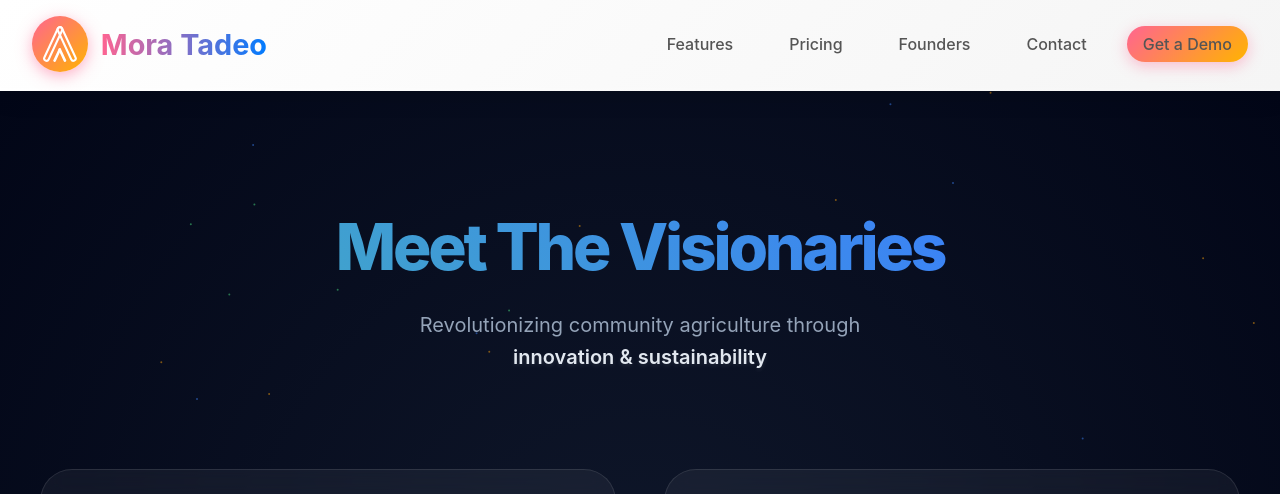
Repository: AbrahamM007/moratadeo
Page: /founders
An editor plug-in stored every save of this project. The page is shown before and after the next save, followed by the edit.
The browser window is 1280 px wide. The pictures show the part of the page from y = 0 to 494 px (the page is 1146 px tall before and 1172 px after).
Pictures or frames that could not be fetched are drawn as grey boxes. The project was rebuilt for these pictures with package versions that can differ from the ones it lists, and the page was loaded fresh each time. Also part of the build but not shown: src/HeroSection.css, src/HeroSection.js, src/InfoSection.css, src/InfoSection.js, src/RoadmapSection.css, src/RoadmapSection.js, src/DesignPhaseSection.js, src/HeroBanner.js and 7 more.

Above is the page before, as saved 2025-02-15 13:20:36.

### public/index.html
<!DOCTYPE html>
<html lang="en">
  <head>
    <meta charset="utf-8" />
    <link rel="icon" href="mora.png" />
    <meta name="viewport" content="width=device-width, initial-scale=1" />
    <meta name="theme-color" content="#000000" />

    <link rel="apple-touch-icon" href="mora.png" />
    <link rel="manifest" href="%PUBLIC_URL%/manifest.json" />

    <!-- SEO Meta Tags -->
    <meta name="title" content="Mora Tadeo | Development Firm" />
    <meta name="description" content="Mora Tadeo is a leading development firm offering cutting-edge solutions in web development, app design, and technology innovation to elevate your business." />
    <meta name="keywords" content="development firm, web development, app design, Mora Tadeo, software solutions, technology innovation" />
    <meta name="author" content="Mora Tadeo" />
    <meta name="robots" content="index, follow" />
    <meta name="googlebot" content="index, follow" />

    <!-- Open Graph Meta Tags (for social sharing) -->
    <meta property="og:type" content="website" />
    <meta property="og:url" content="https://moratadeo.com" />
    <meta property="og:title" content="Mora Tadeo | Development Firm" />
    <meta property="og:description" content="Discover innovative web and app development solutions with Mora Tadeo. Your trusted partner in driving technology forward." />
    <meta property="og:image" content="https://moratadeo.com/preview-image.png" />
    <meta property="og:site_name" content="Mora Tadeo" />

    <!-- Twitter Card Meta Tags -->
    <meta name="twitter:card" content="summary_large_image" />
    <meta name="twitter:url" content="https://moratadeo.com" />
    <meta name="twitter:title" content="Mora Tadeo | Development Firm" />
    <meta name="twitter:description" content="Mora Tadeo offers state-of-the-art development services to bring your business ideas to life. Partner with us for tailored solutions." />
    <meta name="twitter:image" content="https://moratadeo.com/preview-image.png" />

    <!-- Additional Metadata -->
    <meta name="msapplication-TileColor" content="#ffffff" />
    <meta name="msapplication-config" content="%PUBLIC_URL%/browserconfig.xml" />

    <!-- Title -->
    <title>Mora Tadeo | Development Firm</title>
  </head>
  <body>
    <noscript>You need to enable JavaScript to run this app.</noscript>
    <div id="root"></div>
  </body>
</html>

### src/App.js
import React from "react";
import { BrowserRouter as Router, Routes, Route } from "react-router-dom";
import Navbar from "./Navbar";
import HeroSection from "./HeroSection";
import InfoSection from "./InfoSection";
import RoadmapSection from "./RoadmapSection";
import DesignPhaseSection from "./DesignPhaseSection";
import HeroBanner from "./HeroBanner";
import Footer from "./Footer";
import PricingPage from "./PricingPage";
import ScrollToTop from "./ScrollToTop"; // Import the ScrollToTop component

// Import both FeaturesPage and FeaturePage from the merged file
import { FeaturesPage, FeaturePage } from "./FeaturesPage";

// Import FoundersPage
import FoundersPage from "./FoundersPage";

function App() {
  return (
    <Router>
      <ScrollToTop /> {/* Ensures scroll resets to top on route change */}
      <div className="App">
        <Navbar />
        <Routes>
          {/* Home Page */}
          <Route
            path="/"
            element={
              <>
                <HeroSection />
                <InfoSection />
                <RoadmapSection />
                {/* <HeroBanner /> */}
                <DesignPhaseSection />
                <Footer />
              </>
            }
          />
          {/* Features List */}
          <Route path="/features" element={<FeaturesPage />} />
          {/* Dynamic Feature Detail Page */}
          <Route path="/features/:featureId" element={<FeaturePage />} />
          {/* Pricing Page */}
          <Route path="/pricing" element={<PricingPage />} />
          {/* Founders Page */}
          <Route path="/founders" element={<FoundersPage />} />
        </Routes>
      </div>
    </Router>
  );
}

export default App;

### src/Navbar.js
import React, { useState, useEffect } from "react";
import { Link } from "react-router-dom";
import "./Navbar.css";
import logo from './mora.svg';


const Navbar = () => {
  const [scrolled, setScrolled] = useState(false);
  const [menuOpen, setMenuOpen] = useState(false);

  useEffect(() => {
    const handleScroll = () => {
      setScrolled(window.scrollY > 50);
    };

    window.addEventListener("scroll", handleScroll);
    return () => {
      window.removeEventListener("scroll", handleScroll);
    };
  }, []);

  const toggleMenu = () => {
    setMenuOpen(!menuOpen);
  };

  return (
    <header className={`navbar ${scrolled ? "scrolled" : ""}`}>
      <Link to="/" className="navbar-logo-link">
        <div className="navbar-logo-container">
          <div className="navbar-logo-icon">
          <img src={logo} alt="Logo" className="navbar-logo-image" />

          </div>
          <span className="navbar-logo-text">Mora Tadeo</span>
        </div>
      </Link>
      <button className="navbar-toggle" onClick={toggleMenu}>
        <span className={`hamburger ${menuOpen ? "open" : ""}`}></span>
      </button>
      <nav className={`navbar-menu ${menuOpen ? "open" : ""}`}>
        <Link to="/features" onClick={toggleMenu}>
          Features
        </Link>
        <Link to="/pricing" onClick={toggleMenu}>
          Pricing
        </Link>
        <Link to="/founders" onClick={toggleMenu}>
          Founders
        </Link>
        <a href="https://calendly.com/mora78606/30min?month=2025-01" onClick={toggleMenu}>
          Contact
        </a>
        <a href="https://calendly.com/mora78606/30min?month=2025-01" className="navbar-highlight" onClick={toggleMenu}>
          Get a Demo
        </a>
      </nav>
    </header>
  );
};

export default Navbar;

### src/ScrollToTop.js
import { useEffect } from "react";
import { useLocation } from "react-router-dom";

const ScrollToTop = () => {
  const { pathname } = useLocation();

  useEffect(() => {
    window.scrollTo(0, 0); // Scroll to the top-left of the page
  }, [pathname]);

  return null; // This component does not render anything
};

export default ScrollToTop;

### src/Navbar.css
/* Navbar Container */
.navbar {
    display: flex;
    justify-content: space-between;
    align-items: center;
    padding: 1rem 2rem;
    background: linear-gradient(135deg, #ffffff, #f5f5f5);
    box-shadow: 0 8px 20px rgba(0, 0, 0, 0.1);
    position: sticky;
    top: 0;
    z-index: 1000; /* Ensures navbar stays on top */
    transition: all 0.3s ease;
    border-bottom: 3px solid transparent;
  }

  /* Navbar on Scroll */
  .navbar.scrolled {
    background: #ffffff; /* Plain white background on scroll */
    box-shadow: 0 8px 25px rgba(0, 0, 0, 0.2);
    border-bottom: 3px solid #ddd; /* Subtle border for scroll effect */
    transform: scale(1.01);
  }

  /* Logo Link */
  .navbar-logo-link {
    display: flex;
    align-items: center;
    text-decoration: none; /* Removes underline */
    cursor: pointer;
  }

  /* Logo Container */
  .navbar-logo-container {
    display: flex;
    align-items: center;
    gap: 0.8rem;
  }

  /* Logo Icon */
  .navbar-logo-icon {
    display: flex;
    align-items: center;
    justify-content: center;
    background: linear-gradient(135deg, #ff6491, #ffb400);
    color: #fff;
    font-size: 2rem;
    font-weight: bold;
    height: 3.5rem;
    width: 3.5rem;
    border-radius: 50%;
    box-shadow: 0 4px 15px rgba(255, 100, 145, 0.5);
    transition: transform 0.3s ease;
  }

  .navbar-logo-icon:hover {
    transform: rotate(360deg) scale(1.1);
  }

  /* Logo Text */
  .navbar-logo-text {
    font-size: 1.8rem;
    font-weight: 700;
    color: #333;
    background: linear-gradient(90deg, #ff6491, #007bff);
    -webkit-background-clip: text;
    -webkit-text-fill-color: transparent;
  }

  /* Logo Hover Effect */
  .navbar-logo-link:hover .navbar-logo-container {
    transform: scale(1.05);
    transition: transform 0.3s ease;
  }

  /* Navbar Menu */
  .navbar-menu {
    display: flex;
    gap: 1.5rem;
    transition: transform 0.3s ease, opacity 0.3s ease;
  }

  /* Menu Links */
  .navbar-menu a {
    font-size: 1rem;
    font-weight: 500;
    text-decoration: none; /* Removes underline */
    color: #555;
    padding: 0.5rem 1rem;
    position: relative;
    transition: all 0.3s ease;
  }

  .navbar-menu a:hover {
    color: #ff6491;
  }

  .navbar-menu a::after {
    content: "";
    position: absolute;
    bottom: -5px;
    left: 0;
    width: 0;
    height: 3px;
    background: linear-gradient(90deg, #ff6491, #ffb400);
    transition: width 0.3s ease;
  }

  .navbar-menu a:hover::after {
    width: 100%;
  }

  /* Highlight Link */
  .navbar-highlight {
    font-weight: bold;
    padding: 0.8rem 1.5rem;
    color: #fff;
    background: linear-gradient(135deg, #ff6491, #ffb400);
    border-radius: 50px;
    box-shadow: 0 4px 15px rgba(255, 100, 145, 0.4);
    transition: transform 0.3s ease, background 0.3s ease;
  }

  .navbar-highlight:hover {
    transform: scale(1.1);
    background: linear-gradient(135deg, #ffb400, #ff6491);
  }

  /* Hamburger Menu */
  .navbar-toggle {
    display: none;
    background: none;
    border: none;
    cursor: pointer;
    padding: 0.5rem;
    z-index: 11;
  }

  .hamburger {
    width: 1.5rem;
    height: 2px;
    background: #333;
    position: relative;
    transition: all 0.3s ease;
  }

  .hamburger::before,
  .hamburger::after {
    content: "";
    width: 1.5rem;
    height: 2px;
    background: #333;
    position: absolute;
    left: 0;
    transition: all 0.3s ease;
  }

  .hamburger::before {
    top: -6px;
  }

  .hamburger::after {
    top: 6px;
  }

  .hamburger.open {
    background: transparent;
  }

  .hamburger.open::before {
    transform: rotate(45deg);
    top: 0;
  }

  .hamburger.open::after {
    transform: rotate(-45deg);
    top: 0;
  }
  .navbar-logo-image {
    height: 2.3rem; /* Adjust size to match your design */
    width: 2.3rem;
    /* border-radius: 50%; Optional: Make it circular */
    object-fit: cover; /* Ensures the image scales correctly */

    transition: transform 0.3s ease;
  }

  .navbar-logo-image:hover {
    transform: scale(1.1); /* Slight zoom on hover */
  }


  /* Responsive Menu */
  @media (max-width: 768px) {
    .navbar-menu {
      flex-direction: column;
      position: absolute;
      top: 100%;
      right: 0;
      background: linear-gradient(135deg, #ffffff, #f5f5f5);
      border-radius: 10px;
      box-shadow: 0 8px 20px rgba(0, 0, 0, 0.1);
      transform: translateY(-200%);
      opacity: 0;
      visibility: hidden;
      transition: transform 0.3s ease, opacity 0.3s ease, visibility 0.3s ease;
    }

    .navbar-menu.open {
      transform: translateY(0%);
      opacity: 1;
      visibility: visible;
    }

    .navbar-menu a {
      padding: 1rem;
      text-align: center;
    }

    .navbar-toggle {
      display: block;
    }
  }

### src/DesignPhaseSection.css


:root {
  --blue-color: #007bff;
  --orange-color: #ffb400;
  --gradient: linear-gradient(90deg, var(--blue-color), var(--orange-color));
  --bg-white: #ffffff;
  --line-color: rgba(0,0,0,0.1);
  --card-shadow: rgba(0, 0, 0, 0.1);
 }






 .single-phase-container {
  position: relative;
  width: 100%;
  height: 100vh;
  overflow: hidden;
 }


 /* Navigation Dots */
 .phase-navigation {
  position: absolute;
  bottom: 20px;
  left: 50%;
  transform: translateX(-50%);
  display: flex;
  gap: 15px;
  z-index: 3;
 }


 .nav-dot {
  width: 20px;
  height: 20px;
  border-radius: 50%;
  background: #fff;
  border: 3px solid var(--gradient);
  cursor: pointer;
  transition: transform 0.3s ease, background 0.3s ease;
 }


 .nav-dot.active {
  transform: scale(1.4);
  background: var(--gradient);
 }


 .nav-dot:hover {
  transform: scale(1.2);
 }


 /* Phase Section and Overlay */
 .phase-section {
  position: relative;
  width: 100vw;
  height: 100vh;

  display: flex;
  align-items: center;
  justify-content: center;
  overflow: hidden;
  transition: background 1s ease-in-out;
 }


 .phase-overlay {
  position: absolute;
  width: 120%;
  height: 120%;
  top: -10%;
  left: -10%;
  background: radial-gradient(circle, rgba(255,255,255,0.2), transparent);
  opacity: 0.5;
  pointer-events: none;
  animation: floatOverlay 20s ease-in-out infinite;
  z-index: 1;
 }


 @keyframes floatOverlay {
  0%, 100% { transform: translate(0, 0) rotate(0deg); }
  50% { transform: translate(20px, 20px) rotate(45deg); }
 }


 /* Phase Content with Shimmering Border */
 .phase-content {
  position: relative;
  z-index: 2;
  max-width: 600px;
  padding: 2rem;
  background: rgba(255,255,255,0.8);
  color: #333;
  border-radius: 15px;
  box-shadow: 0 10px 20px var(--card-shadow);
  text-align: center;
  opacity: 0;
  transform: translateY(20px);
  animation: contentFadeIn 1.5s forwards;
 }


 .phase-content::before {
  content: '';
  position: absolute;
  inset: 0;
  border-radius: inherit;
  background: var(--gradient);
  z-index: -1;
  filter: blur(15px);
  opacity: 0.6;
  transform: scale(1.1);
  animation: pulseBorder 3s ease-in-out infinite;
 }


 @keyframes pulseBorder {
  0%, 100% { filter: blur(15px); }
  50% { filter: blur(25px); }
 }


 @keyframes contentFadeIn {
  to { opacity: 1; transform: translateY(0); }
 }


 /* Icon and Text Styling */
 .icon {
  font-size: 4rem;
  margin-bottom: 1rem;
  background: var(--gradient);
  -webkit-background-clip: text;
  -webkit-text-fill-color: transparent;
  animation: spinIcon 10s linear infinite;
 }


 @keyframes spinIcon {
  from { transform: rotate(0deg); }
  to { transform: rotate(360deg); }
 }


 .phase-content h3 {
  font-size: 2rem;
  margin-bottom: 1rem;
  color: var(--blue-color);
 }


 .phase-content p {
  font-size: 1.2rem;
  line-height: 1.6;
  color: #333;
 }


 /* Unique abstract backgrounds and animations for each phase */
 .phase-0 {
  background: radial-gradient(circle at center, rgba(0,123,255,0.1), var(--bg-white)),
              radial-gradient(circle at bottom right, rgba(255,180,0,0.1), transparent);
  animation: bgAnim0 15s ease-in-out infinite;
 }
 .phase-1 {
  background: radial-gradient(circle at top left, rgba(0,123,255,0.1), transparent),
              radial-gradient(circle at bottom right, rgba(255,180,0,0.1), var(--bg-white));
  animation: bgAnim1 20s ease-in-out infinite;
 }
 .phase-2 {
  background: radial-gradient(circle at top right, rgba(0,123,255,0.1), transparent),
              radial-gradient(circle at bottom left, rgba(255,180,0,0.1), var(--bg-white));
  animation: bgAnim2 25s ease-in-out infinite;
 }
 .phase-3 {
  background: radial-gradient(circle at center, rgba(0,123,255,0.1), transparent),
              radial-gradient(circle at center, rgba(255,180,0,0.1), var(--bg-white));
  animation: bgAnim3 30s ease-in-out infinite;
 }


 @keyframes bgAnim0 {
  0%, 100% { background-position: 0% 0%, 100% 100%; }
  50% { background-position: 100% 0%, 0% 100%; }
 }
 @keyframes bgAnim1 {
  0%, 100% { background-position: 0% 100%, 100% 0%; }
  50% { background-position: 100% 100%, 0% 0%; }
 }
 @keyframes bgAnim2 {
  0%, 100% { background-position: 50% 50%, 50% 50%; }
  50% { background-position: 75% 25%, 25% 75%; }
 }
 @keyframes bgAnim3 {
  0%, 100% { background-position: 0% 0%, 100% 100%; }
  50% { background-position: 100% 0%, 0% 100%; }
 }


 /* Responsive adjustments */
 @media (max-width: 768px) {
  .phase-content { padding: 1.5rem; }
  .icon { font-size: 3.5rem; }
  .phase-content h3 { font-size: 1.8rem; }
  .phase-content p { font-size: 1rem; }
 }

### src/FoundersPage.css
/* FoundersPage.css */
.founders-container {
  background: radial-gradient(circle at center, #0f172a, #020617);
  min-height: 100vh;
  padding: 4rem 2rem;
  position: relative;
  overflow: hidden;
}

.header-section {
  text-align: center;
  margin-bottom: 6rem;
  position: relative;
  z-index: 2;
}

.gradient-text {
  font-size: 4rem;
  font-weight: 800;
  background: linear-gradient(45deg, #4ade80, #3b82f6, #f59e0b);
  background-size: 300% 300%;
  -webkit-background-clip: text;
  -webkit-text-fill-color: transparent;
  margin-bottom: 1.5rem;
  letter-spacing: -0.05em;
}

.subtitle {
  color: #94a3b8;
  font-size: 1.25rem;
  max-width: 800px;
  margin: 0 auto;
  line-height: 1.6;
}

.highlight-text {
  color: #e2e8f0;
  font-weight: 600;
  text-shadow: 0 2px 4px rgba(255,255,255,0.1);
}

.founders-grid {
  display: grid;
  grid-template-columns: repeat(auto-fit, minmax(300px, 1fr));
  gap: 3rem;
  max-width: 1200px;
  margin: 0 auto;
  position: relative;
  z-index: 2;
}

.founder-card {
  background: rgba(255, 255, 255, 0.05);
  backdrop-filter: blur(12px);
  border-radius: 2rem;
  padding: 1.5rem;
  border: 1px solid rgba(255,255,255,0.1);
  transition: all 0.3s ease;
  position: relative;
}

.founder-image {
  width: 100%;
  height: 400px;
  border-radius: 1.5rem;
  margin-bottom: 1.5rem;
  background-size: cover;
  background-position: center;
  position: relative;
  overflow: hidden;
}

.social-overlay {
  position: absolute;
  bottom: 0;
  left: 0;
  right: 0;
  background: linear-gradient(transparent, rgba(0,0,0,0.8));
  padding: 2rem;
  display: flex;
  gap: 1.5rem;
  justify-content: center;
  opacity: 0;
  transition: opacity 0.3s ease;
}

.founder-image:hover .social-overlay {
  opacity: 1;
}

.social-overlay a {
  color: white;
  font-size: 1.5rem;
  transition: all 0.3s ease;
}

.founder-info {
  text-align: center;
  padding: 1rem;
}

.founder-name {
  font-size: 1.5rem;
  font-weight: 700;
  color: white;
  margin-bottom: 0.5rem;
}

.founder-role {
  color: #94a3b8;
  font-size: 1rem;
  margin-bottom: 1rem;
}

.accent-line {
  width: 60px;
  height: 2px;
  background: linear-gradient(90deg, #4ade80, #3b82f6);
  margin: 0 auto;
}

/* Animated Background Elements */
.animated-blob {
  position: absolute;
  width: 600px;
  height: 600px;
  background: linear-gradient(45deg, #3b82f655, #4ade8055);
  border-radius: 30% 70% 70% 30% / 30% 30% 70% 70%;
  filter: blur(80px);
  animation: blob-animation 20s infinite;
  top: 20%;
  left: 10%;
}

.animated-blob2 {
  position: absolute;
  width: 500px;
  height: 500px;
  background: linear-gradient(45deg, #f59e0b55, #3b82f655);
  border-radius: 70% 30% 30% 70% / 60% 40% 60% 40%;
  filter: blur(80px);
  animation: blob-animation2 25s infinite;
  bottom: 20%;
  right: 10%;
}

@keyframes blob-animation {
  0% { transform: rotate(0deg) scale(1); }
  50% { transform: rotate(180deg) scale(1.2); }
  100% { transform: rotate(360deg) scale(1); }
}

@keyframes blob-animation2 {
  0% { transform: rotate(0deg) scale(1); }
  50% { transform: rotate(-180deg) scale(1.3); }
  100% { transform: rotate(-360deg) scale(1); }
}

Loaded but not shown: src/index.js (common file); src/index.css (common file); src/reportWebVitals.js (common file); src/FoundersPage.js (129 lines, source omitted)

After the next save:
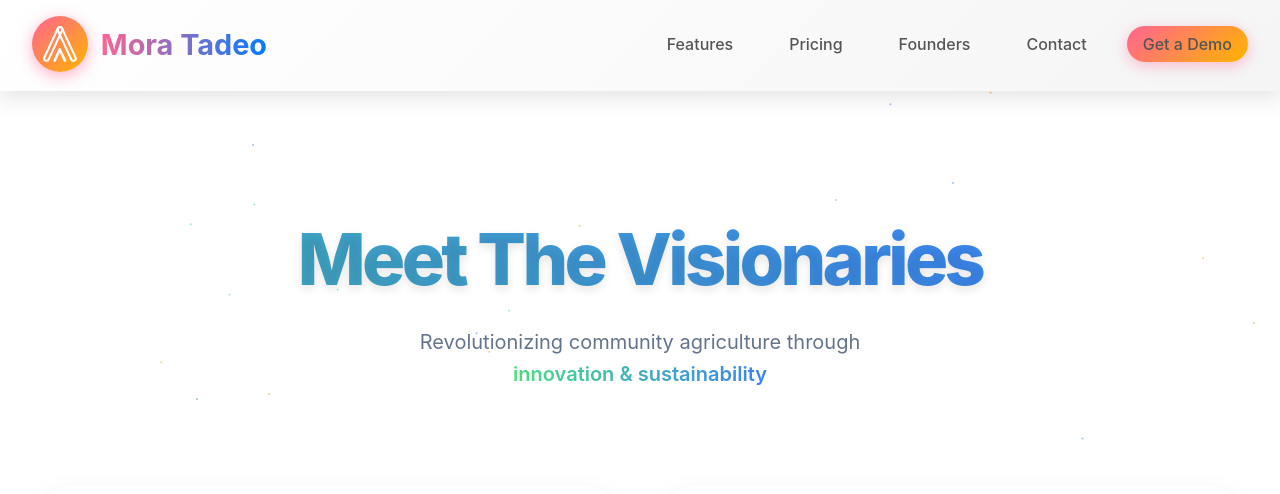
Saved 30 s later.
--- a/src/FoundersPage.css
+++ b/src/FoundersPage.css
@@ -1,10 +1,19 @@
 /* FoundersPage.css */
 .founders-container {
-  background: radial-gradient(circle at center, #0f172a, #020617);
+  background: #ffffff;
   min-height: 100vh;
   padding: 4rem 2rem;
   position: relative;
   overflow: hidden;
+}
+
+.particles {
+  position: absolute;
+  top: 0;
+  left: 0;
+  width: 100%;
+  height: 100%;
+  z-index: 1;
 }
 
 .header-section {
@@ -15,7 +24,7 @@
 }
 
 .gradient-text {
-  font-size: 4rem;
+  font-size: 4.5rem;
   font-weight: 800;
   background: linear-gradient(45deg, #4ade80, #3b82f6, #f59e0b);
   background-size: 300% 300%;
@@ -23,10 +32,18 @@
   -webkit-text-fill-color: transparent;
   margin-bottom: 1.5rem;
   letter-spacing: -0.05em;
+  text-shadow: 0 4px 10px rgba(0,0,0,0.1);
+  animation: gradient-flow 8s ease infinite;
+}
+
+@keyframes gradient-flow {
+  0% { background-position: 0% 50% }
+  50% { background-position: 100% 50% }
+  100% { background-position: 0% 50% }
 }
 
 .subtitle {
-  color: #94a3b8;
+  color: #64748b;
   font-size: 1.25rem;
   max-width: 800px;
   margin: 0 auto;
@@ -34,9 +51,10 @@
 }
 
 .highlight-text {
-  color: #e2e8f0;
+  background: linear-gradient(90deg, #4ade80, #3b82f6);
+  -webkit-background-clip: text;
+  -webkit-text-fill-color: transparent;
   font-weight: 600;
-  text-shadow: 0 2px 4px rgba(255,255,255,0.1);
 }
 
 .founders-grid {
@@ -50,13 +68,32 @@
 }
 
 .founder-card {
-  background: rgba(255, 255, 255, 0.05);
-  backdrop-filter: blur(12px);
+  background: white;
   border-radius: 2rem;
   padding: 1.5rem;
-  border: 1px solid rgba(255,255,255,0.1);
+  box-shadow: 0 10px 30px rgba(0,0,0,0.08);
   transition: all 0.3s ease;
   position: relative;
+  overflow: hidden;
+}
+
+.founder-card:hover {
+  box-shadow: 0 15px 40px rgba(0,0,0,0.12);
+}
+
+.card-glow {
+  position: absolute;
+  width: 100%;
+  height: 100%;
+  top: 0;
+  left: 0;
+  background: radial-gradient(circle at 50% 0%, rgba(59,130,246,0.1), transparent 60%);
+  opacity: 0;
+  transition: opacity 0.3s ease;
+}
+
+.founder-card:hover .card-glow {
+  opacity: 1;
 }
 
 .founder-image {
@@ -68,29 +105,44 @@
   background-position: center;
   position: relative;
   overflow: hidden;
+  transform-style: preserve-3d;
+}
+
+.image-shimmer {
+  position: absolute;
+  inset: 0;
+  background: linear-gradient(45deg, transparent 40%, rgba(255,255,255,0.3) 50%, transparent 60%);
+  opacity: 0;
+  transition: opacity 0.3s ease;
+}
+
+.founder-image:hover .image-shimmer {
+  opacity: 1;
+  animation: shimmer 2s infinite;
+}
+
+@keyframes shimmer {
+  0% { background-position: -100% 0 }
+  100% { background-position: 200% 0 }
 }
 
 .social-overlay {
   position: absolute;
-  bottom: 0;
+  bottom: -60px;
   left: 0;
   right: 0;
-  background: linear-gradient(transparent, rgba(0,0,0,0.8));
   padding: 2rem;
   display: flex;
   gap: 1.5rem;
   justify-content: center;
-  opacity: 0;
-  transition: opacity 0.3s ease;
+  background: linear-gradient(transparent, rgba(0,0,0,0.1));
+  transition: all 0.3s ease;
 }
 
-.founder-image:hover .social-overlay {
-  opacity: 1;
-}
-
-.social-overlay a {
+.social-icon {
   color: white;
   font-size: 1.5rem;
+  filter: drop-shadow(0 2px 4px rgba(0,0,0,0.2));
   transition: all 0.3s ease;
 }
 
@@ -100,15 +152,15 @@
 }
 
 .founder-name {
-  font-size: 1.5rem;
+  font-size: 1.75rem;
   font-weight: 700;
-  color: white;
+  color: #0f172a;
   margin-bottom: 0.5rem;
 }
 
 .founder-role {
-  color: #94a3b8;
-  font-size: 1rem;
+  color: #64748b;
+  font-size: 1.1rem;
   margin-bottom: 1rem;
 }
 
@@ -117,41 +169,10 @@
   height: 2px;
   background: linear-gradient(90deg, #4ade80, #3b82f6);
   margin: 0 auto;
+  transform-origin: center;
+  transition: transform 0.3s ease;
 }
 
-/* Animated Background Elements */
-.animated-blob {
-  position: absolute;
-  width: 600px;
-  height: 600px;
-  background: linear-gradient(45deg, #3b82f655, #4ade8055);
-  border-radius: 30% 70% 70% 30% / 30% 30% 70% 70%;
-  filter: blur(80px);
-  animation: blob-animation 20s infinite;
-  top: 20%;
-  left: 10%;
+.founder-card:hover .accent-line {
+  transform: scaleX(1.5);
 }
-
-.animated-blob2 {
-  position: absolute;
-  width: 500px;
-  height: 500px;
-  background: linear-gradient(45deg, #f59e0b55, #3b82f655);
-  border-radius: 70% 30% 30% 70% / 60% 40% 60% 40%;
-  filter: blur(80px);
-  animation: blob-animation2 25s infinite;
-  bottom: 20%;
-  right: 10%;
-}
-
-@keyframes blob-animation {
-  0% { transform: rotate(0deg) scale(1); }
-  50% { transform: rotate(180deg) scale(1.2); }
-  100% { transform: rotate(360deg) scale(1); }
-}
-
-@keyframes blob-animation2 {
-  0% { transform: rotate(0deg) scale(1); }
-  50% { transform: rotate(-180deg) scale(1.3); }
-  100% { transform: rotate(-360deg) scale(1); }
-}
